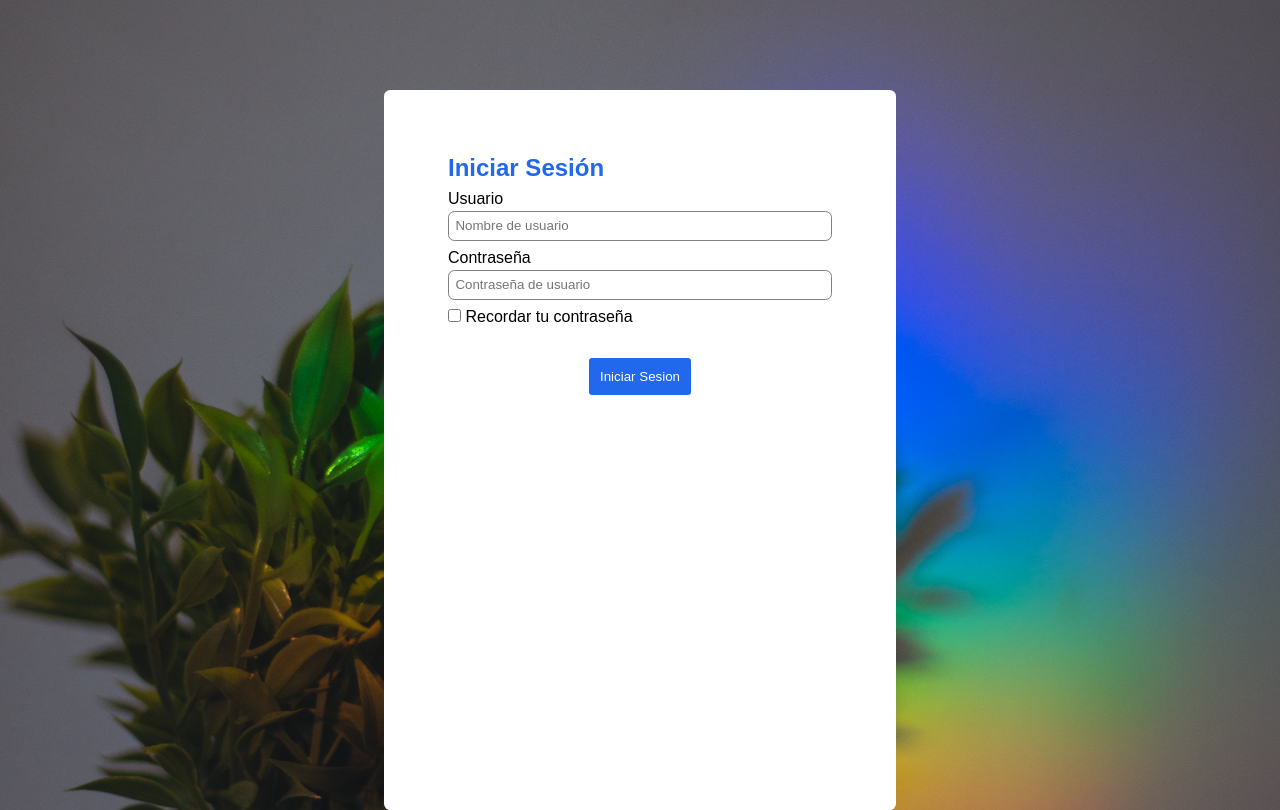
Repository: TzMichaelYT/ModuloHTMLCSS
Page: formularioHTML/index.html
These files come from the project's save history. The page is drawn as it stood at one moment and after the next save; the edit follows.
The browser window is 1280 px wide. The pictures show the whole page.

Above is the page before, as saved 2021-07-14 21:03:08.

After the next save:
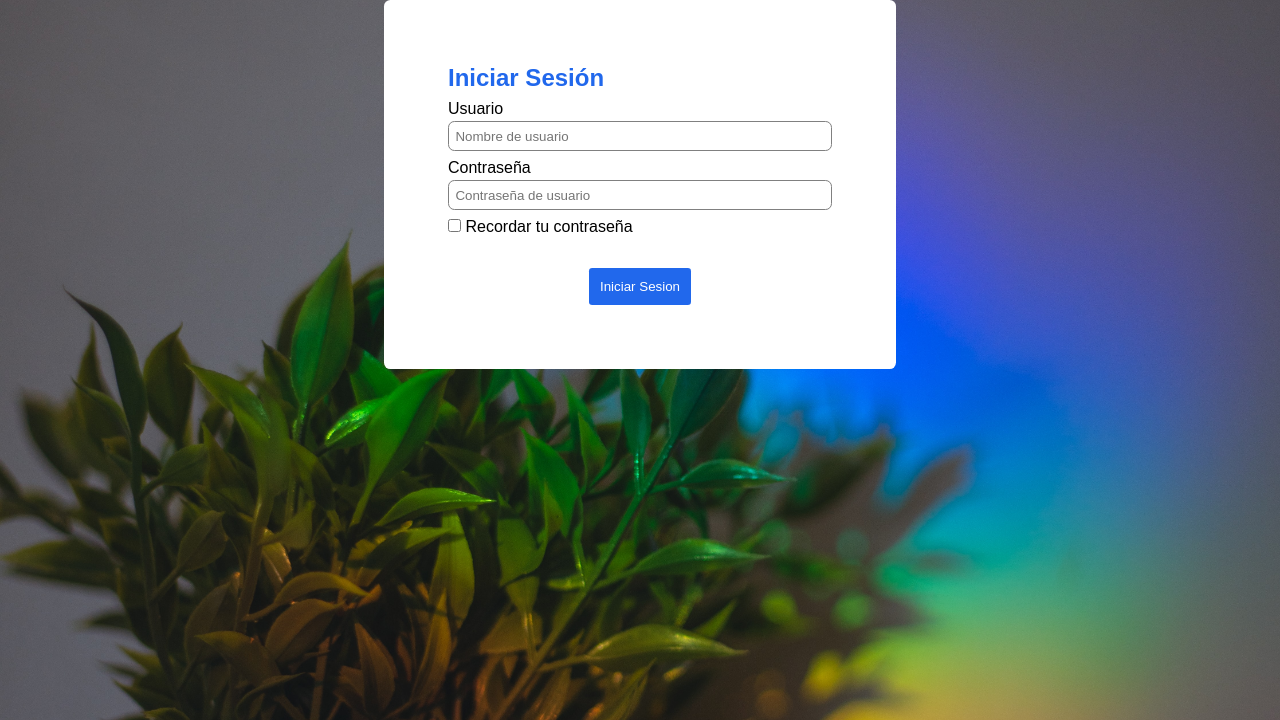
Saved 24 s later.
--- a/formularioHTML/styles/styles.css
+++ b/formularioHTML/styles/styles.css
@@ -15,6 +15,7 @@
     background-size: cover;
     background-repeat: no-repeat;
     background-position-y: 40%;
+    height: 100vh;
 }
 /* contendedor formulario */
 
@@ -73,8 +74,6 @@
 
 /*Alineacion Formulario*/
 .screen-form {
-    height: 100vh;
     display: flex;
     justify-content: center;
-    margin-top: 7%;
 }
